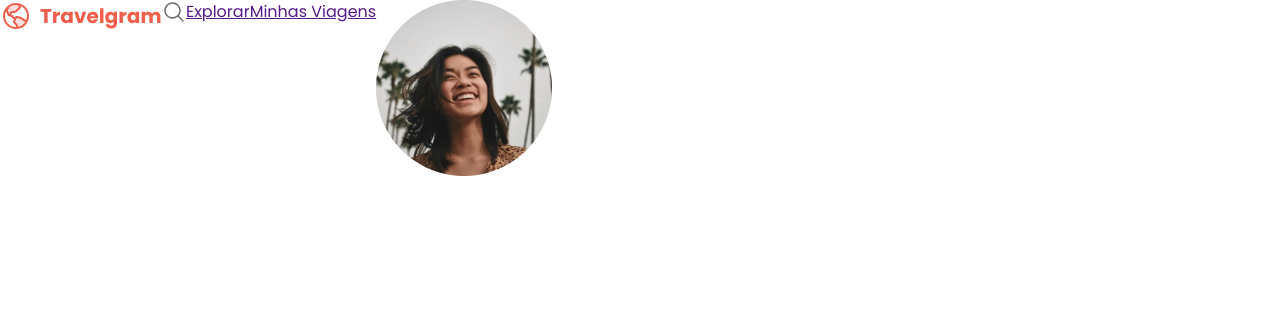
Repository: AbiezerSidonioJoseOdanacaJunior/projeto-travelgram
Page: index.html
These files come from the project's save history. The page is drawn as it stood at one moment and after the next save; the edit follows.
The browser window is 1280 px wide. The pictures show the whole page.
Some web fonts or font styles are not loaded; a fallback is used.

Above is the page before, as saved 2024-11-12 16:12:20.

### index.html
<!DOCTYPE html>
<html lang="pt-br">
<head>
    <meta charset="UTF-8">
    <meta name="viewport" content="width=device-width, initial-scale=1.0">
    <link rel="preconnect" href="https://fonts.googleapis.com">
    <link rel="preconnect" href="https://fonts.gstatic.com" crossorigin>
    <title>Travelgram</title>
    <link rel="stylesheet" href="styles/global.css">
    <link href="https://fonts.googleapis.com/css2?family=Alice&family=Playfair+Display:ital,wght@0,400..900;1,400..900&family=Poppins:wght@400;700&display=swap" rel="stylesheet">
</head>
<body>
    <nav>
        <a href="#" id="logo">
            <img src="/assets/Logo.svg" alt="Logo Marca">
        </a>
        <ul>
            <li>
                <img src="/assets/MagnifyingGlass.svg" alt="Icone de  Lupa">
            </li>
            <li><a href="">Explorar</a></li>
            <li><a href="">Minhas Viagens</a></li>
            <li><a href="">
                <img src="/assets/Profile pic.png" alt="Perfil Pic">
            </a></li>
        </ul>
    </nav>
<header></header>
</body>
</html>

### styles/global.css
* {
    padding: 0;
    margin: 0;
    box-sizing: border-box;
}

:root {
    --brand-clor: #EF5F4C;
    --backgoround-clor: #FFFFFF;
    --surface-color: #F5F5F5;
    --skeleton-color: #D9D9D9;
    --shape-tranparency: #ffffff90;
    --text-color-primary: #313131;
    --text-color-secondary: #6C6C6C;
    --font-family: "Poppins", sans-serif;
    --text: 16px/150% var(--font-family);
    --text-lg: bold 32px/125% var(--font-family);
    --text-md: 14px/170% var(--font-family);
    --text-sm: 12px/170% var(--font-family) ;

}

body {
    color: var(--text-color-primary);
    background-color: var(--backgoround-clor);
    font: var(--text);
}

nav{
    display: flex;
}

nav ul {
    list-style: none;
    display: flex;
}

After the next save:
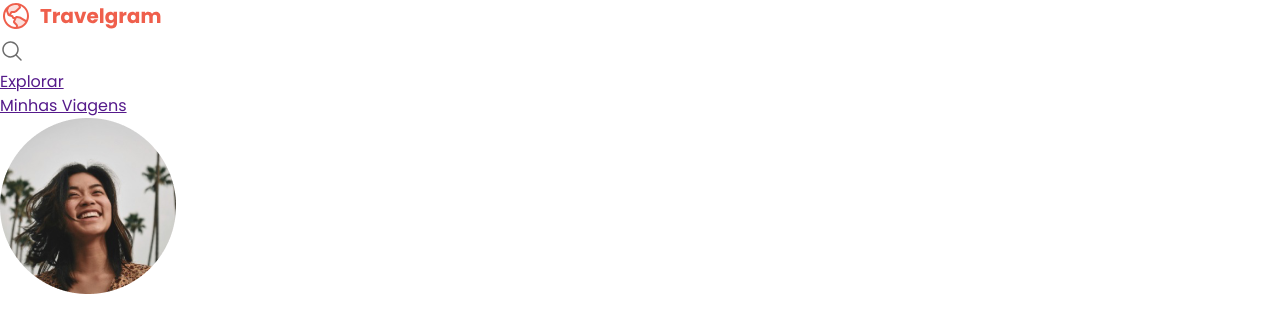
Saved 10 s later.
--- a/styles/global.css
+++ b/styles/global.css
@@ -25,12 +25,3 @@
     background-color: var(--backgoround-clor);
     font: var(--text);
 }
-
-nav{
-    display: flex;
-}
-
-nav ul {
-    list-style: none;
-    display: flex;
-}
